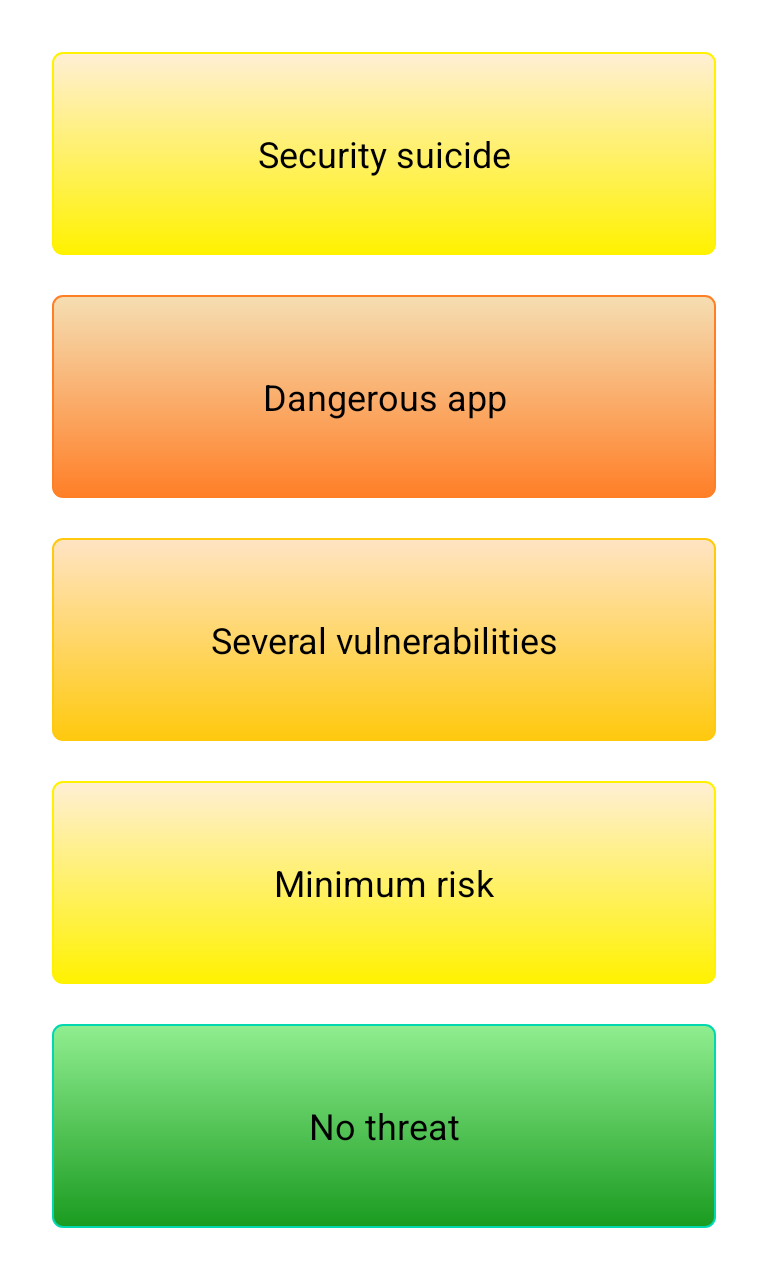
Repository: n0whereman/feidroid
Layout: Src/ApplicationViewer/res/layout/fragment_analysis2.xml
The author's editor kept a copy of each file at every save. The layout is drawn from the files as they stood at one save, then again after the next save.
It is drawn on a 768 x 1280 px phone screen (xhdpi) without system bars, with theme android:Theme.Holo.Light; the app's code is not run.

Above is the layout before, as saved 2015-04-25 20:32:52.

### Src/ApplicationViewer/res/layout/fragment_analysis2.xml
<LinearLayout xmlns:android="http://schemas.android.com/apk/res/android"
    xmlns:tools="http://schemas.android.com/tools"
    android:layout_width="match_parent"
    android:layout_height="match_parent"
    android:fadingEdge="horizontal"
    android:orientation="vertical"
    android:paddingBottom="@dimen/activity_vertical_margin"
    android:paddingLeft="@dimen/activity_horizontal_margin"
    android:paddingRight="@dimen/activity_horizontal_margin"
    android:paddingTop="@dimen/activity_vertical_margin"
    android:weightSum="5"
    tools:context="pete.android.study.AnalysisActivity$PlaceholderFragment" >

    <Button
        android:id="@+id/btnThreadLvl5"
        android:layout_width="match_parent"
        android:layout_height="wrap_content"
        android:layout_weight="1"
        android:text="@string/threadLvl5"
        android:background="@drawable/button_thread2"
        android:layout_margin="10dp" />

    <Button
        android:id="@+id/btnThreadLvl4"
        android:layout_width="match_parent"
        android:layout_height="wrap_content"
        android:layout_weight="1"
        android:text="@string/threadLvl4"
        android:background="@drawable/button_thread4"
        android:layout_margin="10dp" />

    <Button
        android:id="@+id/btnThreadLvl3"
        android:layout_width="match_parent"
        android:layout_height="wrap_content"
        android:layout_weight="1"
        android:text="@string/threadLvl3"
        android:background="@drawable/button_thread3"
        android:layout_margin="10dp" />

    <Button
        android:id="@+id/btnThreadLvl2"
        android:layout_width="match_parent"
        android:layout_height="wrap_content"
        android:layout_weight="1"
        android:text="@string/threadLvl2"
        android:background="@drawable/button_thread2"
        android:layout_margin="10dp" />

    <Button
        android:id="@+id/btnThreadLvl1"
        android:layout_width="match_parent"
        android:layout_height="wrap_content"
        android:layout_weight="1"
        android:text="@string/threadLvl1"
        android:background="@drawable/button_thread1"
    	android:layout_margin="10dp" />

</LinearLayout>

### Src/ApplicationViewer/res/values/dimens.xml
<resources>

    <!-- Default screen margins, per the Android Design guidelines. -->
    <dimen name="activity_horizontal_margin">16dp</dimen>
    <dimen name="activity_vertical_margin">16dp</dimen>

    <dimen name="padding_8">8dp</dimen>
    <dimen name="padding_16">16dp</dimen>
    <dimen name="padding_32">32dp</dimen>
    <dimen name="padding_48">48dp</dimen>

</resources>

### Src/ApplicationViewer/res/values/strings.xml
<?xml version="1.0" encoding="utf-8"?>
<resources>

    <string name="hello">Hello World, MainActivity!</string>
    <string name="app_name">Suspicious Apps Checker</string>
    <string name="LaunchButton">Launch</string>
    <string name="AppInfoButton">Info</string>
    <string name="AnalyzeButton">Analyze</string>
    <string name="title_activity_launch">LaunchActivity</string>
    <string name="hello_world">Hello world!</string>
    <string name="action_settings">Settings</string>
    <string name="desc">Blabla</string>
    <string name="title_activity_detail">App Info</string>

    <!-- Main activity -->
    <string name="action_open_app">Launch</string>
    <string name="action_detail_app">Detail</string>

    <!-- Detail activity -->
    <string name="label_package_name">Package name:</string>
    <string name="label_class_name">Class name:</string>
    <string name="label_process_name">Process name:</string>
    <string name="label_version_name">Version name:</string>
    <string name="label_version_code">Version code:</string>
    <string name="label_sdk_version">Target SDK :</string>
    <string name="label_install_date">Install date:</string>
    <string name="label_last_update">Last update:</string>
    <string name="label_source_directory">Source directory:</string>
    <string name="label_data_directory">Data directory:</string>
    <string name="label_permissions">Permissions:</string>
    <string name="label_flags">Flags:</string>
    <string name="label_no_permissions">No permissions</string>
    <string name="Analyze_appButton">Analysis</string>

     <!-- Analysis activity -->
     <string name="label_list_of_permissions">Permisions List:</string>
     <string name="label_unsafe_permissions">Suspicious perm.:</string>
     <string name="label_choosed_category">Category:</string>
     <string name="label_score">Risk:</string>


    <!-- Category list -->
    <string name="label_Category">Category:</string>

    <string-array name="category_array">
        <item>Games</item>
        <item>Communication</item>
        <item>Entertainment</item>
        <item>Finance</item>
        <item>Health</item>
        <item>Lifestyle</item>
        <item>Multimedia</item>
        <item>Productivity</item>
        <item>Shopping</item>
        <item>Social</item>
        <item>Sports</item>
        <item>Themes</item>
        <item>Tools</item>
        <item>Travel</item>
    </string-array>

    <string name="title_activity_analysis">App Analysis</string>
    <string name="title_analysis_detail">Analysis detail</string>
    <string name="threadLvl1">No threat</string>
    <string name="threadLvl2">Minimum risk</string>
    <string name="threadLvl3">Several vulnerabilities</string>
    <string name="threadLvl4">Dangerous app</string>
    <string name="threadLvl5">Security suicide</string>
    <string name="label_no_categories">No category</string>
    <string name="label_sha1hash">SHA1:</string>

</resources>

### Src/ApplicationViewer/res/drawable-hdpi/button_thread2.xml
<?xml version="1.0" encoding="utf-8"?>
<selector xmlns:android="http://schemas.android.com/apk/res/android" >
<item android:state_pressed="true" >
 <shape android:shape="rectangle"  >
     <corners android:radius="5dp" />
     <stroke android:width="1dip" android:color="@color/yellow_temp" />
     <gradient android:angle="-90" android:startColor="@color/yellow_temp" android:endColor="@color/yellow_temp"  />
 </shape>
</item>
<item android:state_focused="true">
 <shape android:shape="rectangle"  >
     <corners android:radius="5dp" />
     <stroke android:width="1dip" android:color="#971E05" />
     <solid android:color="#58857e"/>
 </shape>
</item>
<item >
<shape android:shape="rectangle"  >
     <corners android:radius="5dp" />
     <stroke android:width="1dip" android:color="@color/bright_yellow" />
     <gradient android:angle="-90" android:startColor="@color/yellow_temp" android:endColor="@color/button_yellow" />
 </shape>
</item>
</selector>

### Src/ApplicationViewer/res/drawable-hdpi/button_thread4.xml
<?xml version="1.0" encoding="utf-8"?>
<selector xmlns:android="http://schemas.android.com/apk/res/android" >
<item android:state_pressed="true" >
 <shape android:shape="rectangle"  >
     <corners android:radius="5dp" />
     <stroke android:width="1dip" android:color="@color/orange_temp" />
     <gradient android:angle="-90" android:startColor="@color/orange_temp" android:endColor="@color/orange_temp"  />
 </shape>
</item>
<item android:state_focused="true">
 <shape android:shape="rectangle"  >
     <corners android:radius="5dp" />
     <stroke android:width="1dip" android:color="#971E05" />
     <solid android:color="#58857e"/>
 </shape>
</item>
<item >
<shape android:shape="rectangle"  >
     <corners android:radius="5dp" />
     <stroke android:width="1dip" android:color="@color/bright_orange" />
     <gradient android:angle="-90" android:startColor="@color/orange_temp" android:endColor="@color/button_orange" />
 </shape>
</item>
</selector>

### Src/ApplicationViewer/res/drawable-hdpi/button_thread3.xml
<?xml version="1.0" encoding="utf-8"?>
<selector xmlns:android="http://schemas.android.com/apk/res/android" >
<item android:state_pressed="true" >
 <shape android:shape="rectangle"  >
     <corners android:radius="5dp" />
     <stroke android:width="1dip" android:color="@color/amber_temp" />
     <gradient android:angle="-90" android:startColor="@color/amber_temp" android:endColor="@color/amber_temp"  />
 </shape>
</item>
<item android:state_focused="true">
 <shape android:shape="rectangle"  >
     <corners android:radius="5dp" />
     <stroke android:width="1dip" android:color="#971E05" />
     <solid android:color="#58857e"/>
 </shape>
</item>
<item >
<shape android:shape="rectangle"  >
     <corners android:radius="5dp" />
     <stroke android:width="1dip" android:color="@color/bright_amber" />
     <gradient android:angle="-90" android:startColor="@color/amber_temp" android:endColor="@color/button_amber" />
 </shape>
</item>
</selector>

### Src/ApplicationViewer/res/drawable-hdpi/button_thread1.xml
<?xml version="1.0" encoding="utf-8"?>
<selector xmlns:android="http://schemas.android.com/apk/res/android" >
<item android:state_pressed="true" >
 <shape android:shape="rectangle"  >
     <corners android:radius="5dp" />
     <stroke android:width="1dip" android:color="@color/green_temp" />
     <gradient android:angle="-90" android:startColor="@color/green_temp" android:endColor="@color/green_temp"  />
 </shape>
</item>
<item android:state_focused="true">
 <shape android:shape="rectangle"  >
     <corners android:radius="5dp" />
     <stroke android:width="1dip" android:color="#971E05" />
     <solid android:color="#58857e"/>
 </shape>
</item>
<item >
<shape android:shape="rectangle"  >
     <corners android:radius="5dp" />
     <stroke android:width="1dip" android:color="@color/bright_green" />
     <gradient android:angle="-90" android:startColor="@color/green_temp" android:endColor="@color/button_green" />
 </shape>
</item>
</selector>

### Src/ApplicationViewer/res/values/colors.xml
<?xml version="1.0" encoding="utf-8"?>
<resources>
    <color name="black">#000000</color>

    <color name="perm_green">#069C00</color>
    <color name="perm_yellow">#D9CA00</color>
    <color name="perm_orange">#D45F00</color>
    <color name="perm_red">#AB0000</color>

    <!-- Green -->
	<color name="green_temp">#90EE90</color>
	<color name="green_dark">#159204</color>
	<color name="bright_green">#02D8B0</color>
	<color name="button_green">#1A9B20</color>

	<!-- Yellow -->
	<color name="yellow_temp">#FFEFD5</color>
	<color name="yellow_dark">#FFF200</color>
	<color name="bright_yellow">#FFF200</color>
	<color name="button_yellow">#FFF200</color>

	<!-- Amber -->
	<color name="amber_temp">#FFE4C4</color>
	<color name="amber_dark">#FFC90E</color>
	<color name="bright_amber">#FFC90E</color>
	<color name="button_amber">#FFC90E</color>

	<!-- Orange -->
	<color name="orange_temp">#F5DEB3</color>
	<color name="orange_dark">#FF7F27</color>
	<color name="bright_orange">#FF7F27</color>
	<color name="button_orange">#FF7F27</color>

	<!-- Red -->
	<color name="red_temp">#FAA460</color>
	<color name="red_dark">#ED1C24</color>
	<color name="bright_red">#ED1C24</color>
	<color name="button_red">#ED1C24</color>
</resources>

### Src/ApplicationViewer/res/drawable-hdpi/button_thread5.xml
<?xml version="1.0" encoding="utf-8"?>
<selector xmlns:android="http://schemas.android.com/apk/res/android" >
<item android:state_pressed="true" >
 <shape android:shape="rectangle"  >
     <corners android:radius="5dp" />
     <stroke android:width="1dip" android:color="@color/red_temp" />
     <gradient android:angle="-90" android:startColor="@color/red_temp" android:endColor="@color/red_temp"  />
 </shape>
</item>
<item android:state_focused="true">
 <shape android:shape="rectangle"  >
     <corners android:radius="5dp" />
     <stroke android:width="1dip" android:color="#971E05" />
     <solid android:color="#58857e"/>
 </shape>
</item>
<item >
<shape android:shape="rectangle"  >
     <corners android:radius="5dp" />
     <stroke android:width="1dip" android:color="@color/bright_red" />
     <gradient android:angle="-90" android:startColor="@color/red_temp" android:endColor="@color/button_red" />
 </shape>
</item>
</selector>

Loaded but not shown: Src/ApplicationViewer/res/values-w820dp/dimens.xml (common file)

After the next save:
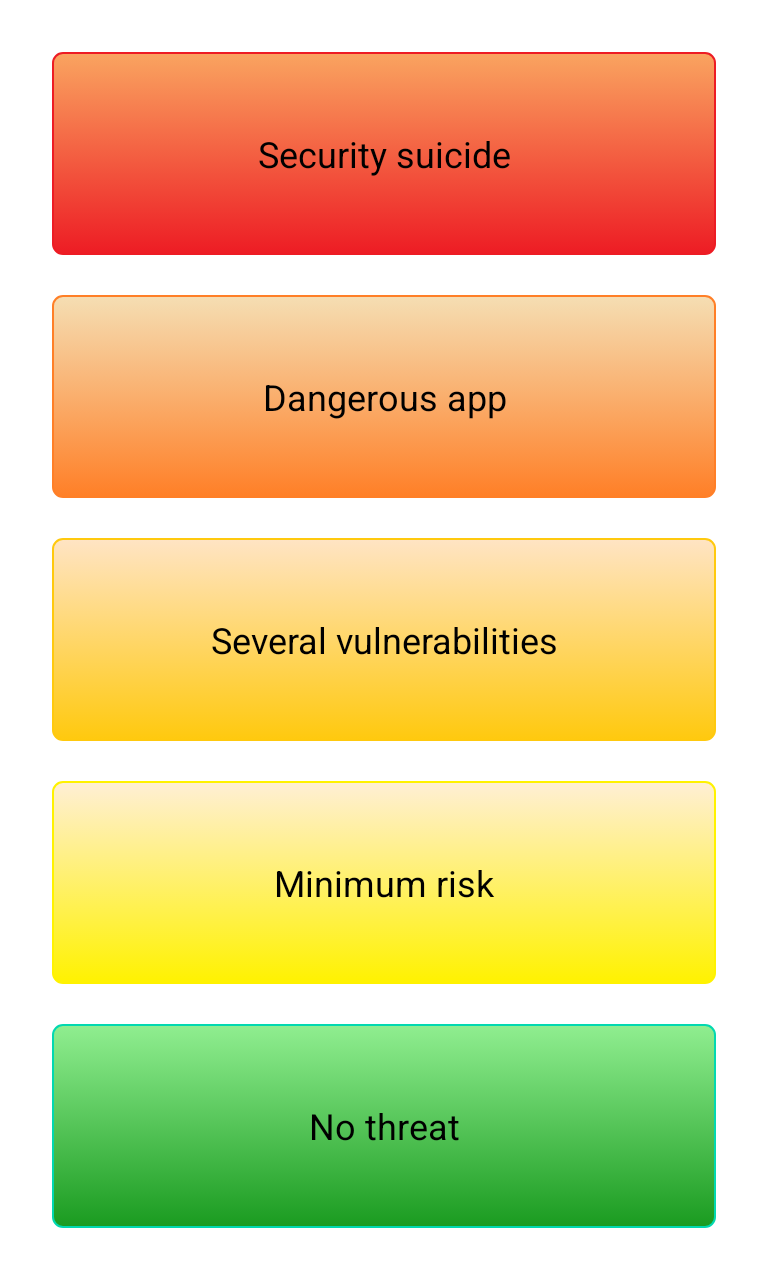
Saved 7 s later.
--- a/Src/ApplicationViewer/res/layout/fragment_analysis2.xml
+++ b/Src/ApplicationViewer/res/layout/fragment_analysis2.xml
@@ -17,7 +17,7 @@
         android:layout_height="wrap_content"
         android:layout_weight="1"
         android:text="@string/threadLvl5"
-        android:background="@drawable/button_thread2"
+        android:background="@drawable/button_thread5"
         android:layout_margin="10dp" />
 
     <Button
